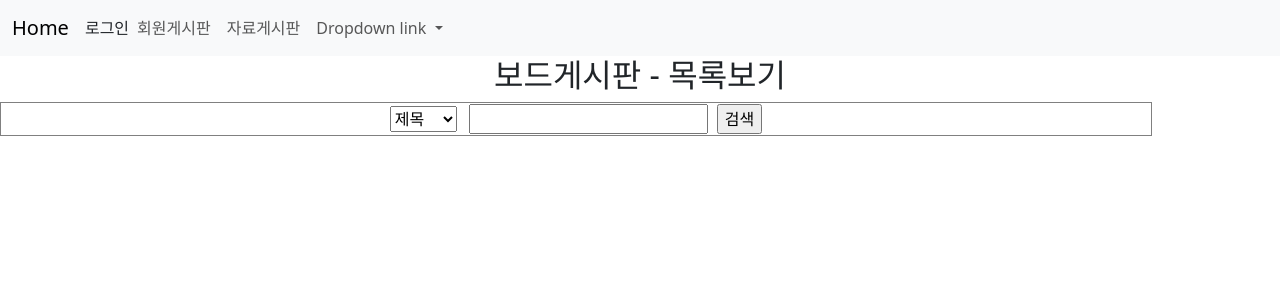
Repository: AHJ2616/Java
Page: http://localhost/board-jsp/08Board/List.jsp
The author's editor kept a copy of each file at every save. The page is drawn from the files as they stood at one save, then again after the next save.
The browser window is 1280 px wide. The pictures show the whole page.
The page is served by Tomcat 9.

Above is the page before, as saved 2024-07-26 05:28:17.

After the next save:
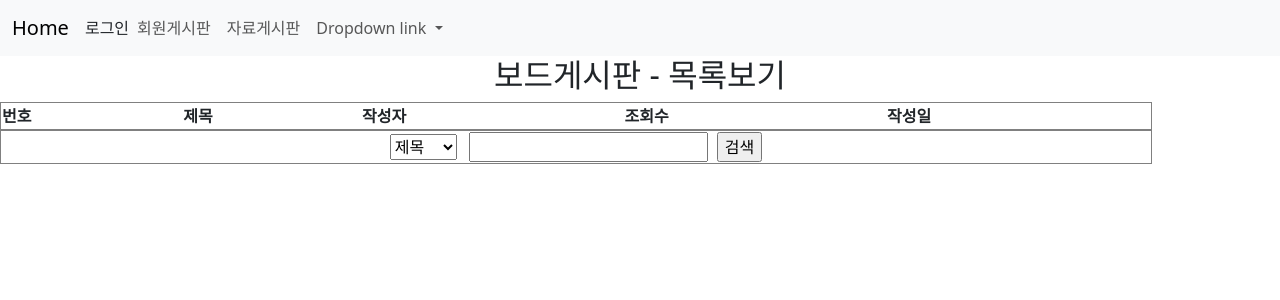
Saved 4 min 45 s later.
--- a/jsp_workspace/board-jsp/src/main/webapp/08Board/List.jsp
+++ b/jsp_workspace/board-jsp/src/main/webapp/08Board/List.jsp
@@ -10,6 +10,15 @@
 <body>
 <h2 align="center">보드게시판 - 목록보기</h2>
 <form method="get" id="search" action="" >
+<table border="1" width="90%">
+<tr>
+<th>번호</th>
+<th>제목</th>
+<th>작성자</th>
+<th>조회수</th>
+<th>작성일</th>
+</tr>
+</table>
 <table border="1" width="90%">
 	<tr>
 		<td align="center">
